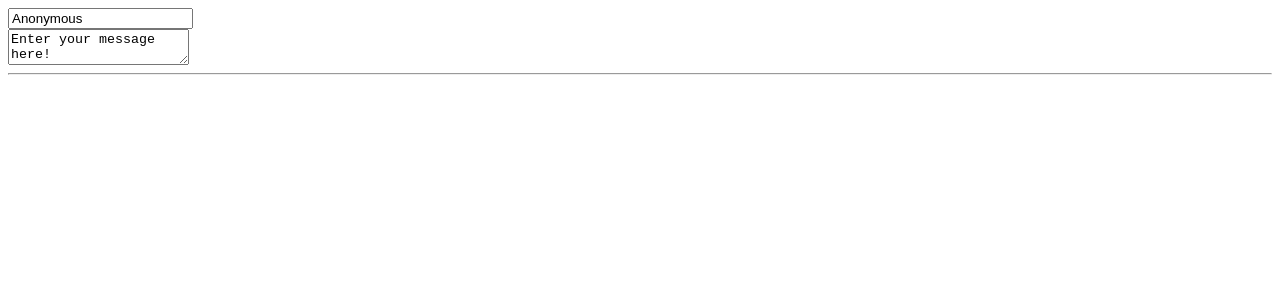
Repository: sones/sones-mule
Page: http://localhost/MessengerWebApp/
An editor plug-in stored every save of this project. The page is shown before and after the next save, followed by the edit.
The browser window is 1280 px wide. The pictures show the whole page.
The page is served by Tomcat 9. Other server files are loaded and not shown.

Above is the page before, as saved 2011-08-26 14:01:19.

### MessagingExampleWorkspace/MessengerWebApp/WebContent/index.jsp
<%@ page language="java" contentType="text/html; charset=UTF-8"
    pageEncoding="UTF-8"%>
<!DOCTYPE html PUBLIC "-//W3C//DTD HTML 4.01 Transitional//EN" "http://www.w3.org/TR/html4/loose.dtd">
<html>
<head>
<meta http-equiv="Content-Type" content="text/html; charset=UTF-8">
<title>Messenger</title>
</head>
<body>


<form action="index.jsp" method="post">
	<input type="text" name="FromName" value="Anonymous"/>
	<br/>
	<textarea name="MsgText">Enter your message here!</textarea>
	<hr/>

</form>



</body>
</html>

After the next save:
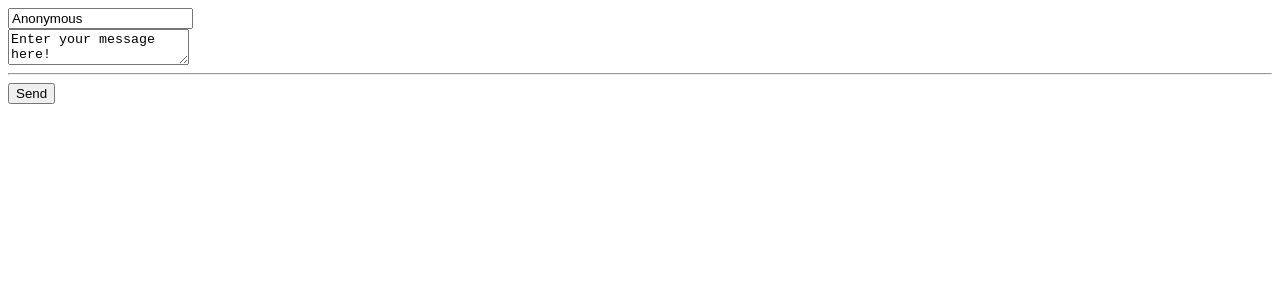
Saved 66 s later.
--- a/MessagingExampleWorkspace/MessengerWebApp/WebContent/index.jsp
+++ b/MessagingExampleWorkspace/MessengerWebApp/WebContent/index.jsp
@@ -14,7 +14,7 @@
 	<br/>
 	<textarea name="MsgText">Enter your message here!</textarea>
 	<hr/>
-
+	<input type="submit" name="Submit" value="Send"/>
 </form>
 
 
